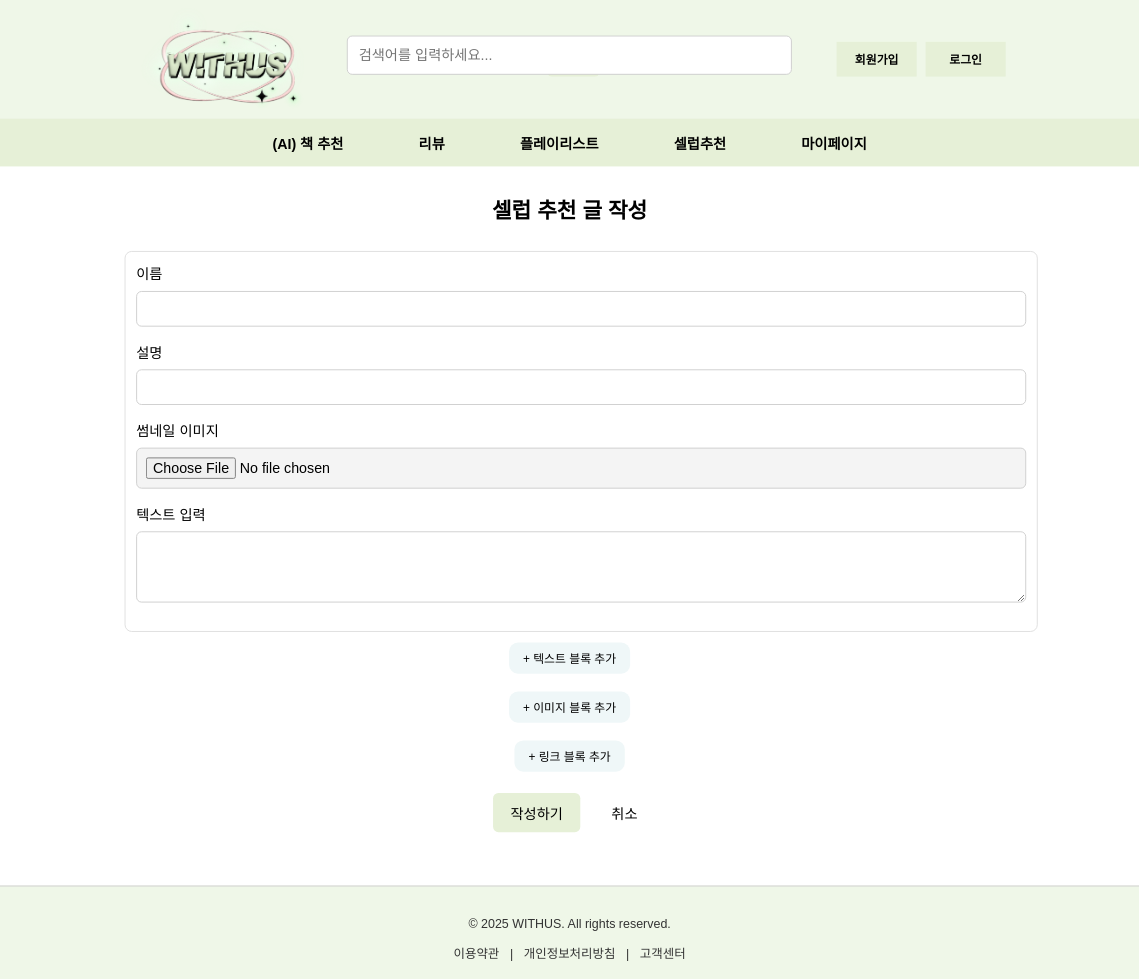
Repository: book-recommendation-team/book_recommendation_web_project
Page: http://localhost/2025_teamproject/celebForm.jsp
An editor plug-in stored every save of this project. The page is shown before and after the next save, followed by the edit.
The browser window is 1280 px wide. The pictures show the whole page, at 89% of full size.
The page is served by Tomcat 9.

Above is the page before, as saved 2025-07-03 06:44:38.

After the next save:
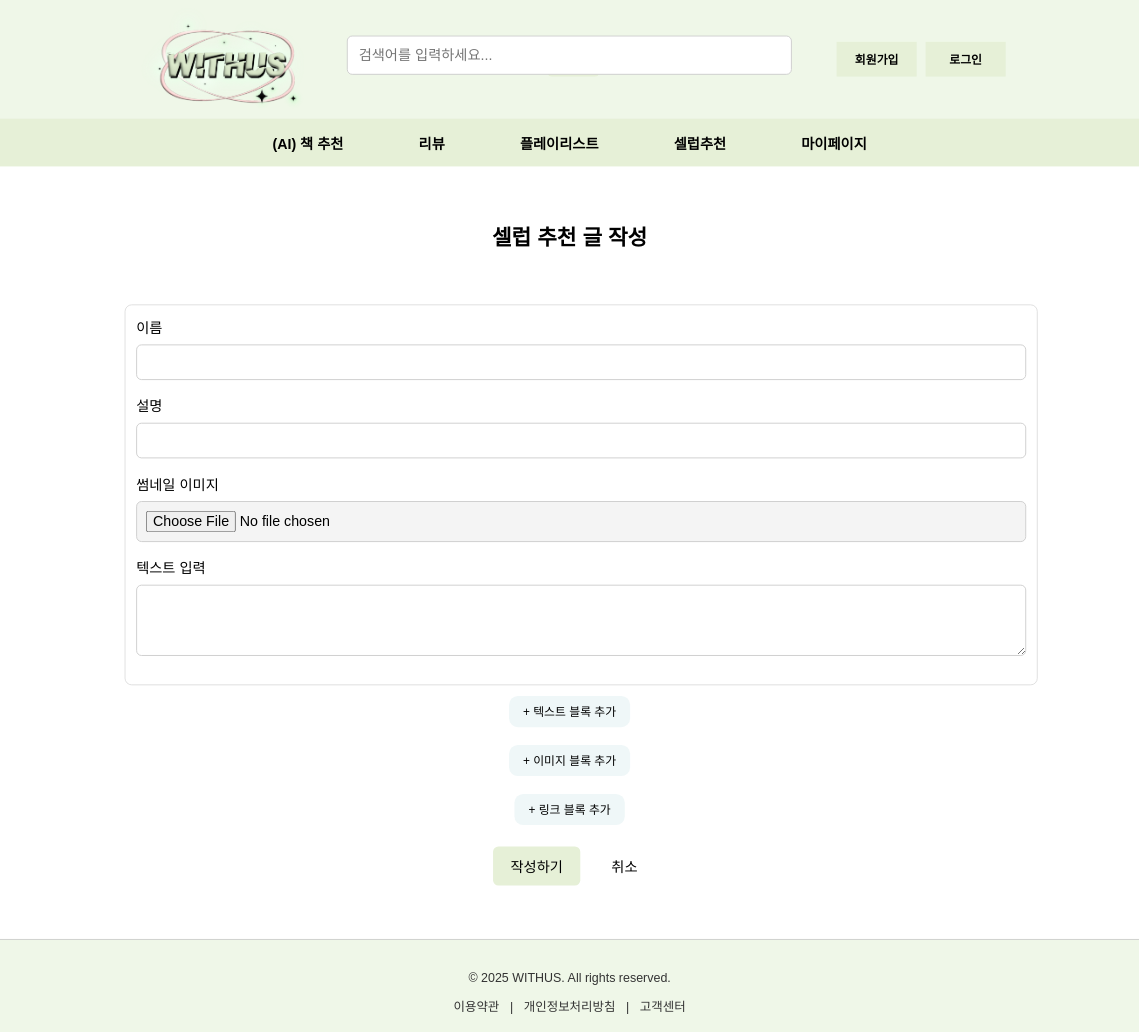
Saved 20 s later.
--- a/2025_teamproject/src/main/webapp/celebForm.jsp
+++ b/2025_teamproject/src/main/webapp/celebForm.jsp
@@ -25,7 +25,7 @@ body {
 
 h2 {
 	text-align: center;
-	margin-bottom: 30px;
+	margin: 60px;
 }
 
 input[type="text"], input[type="file"], textarea {
